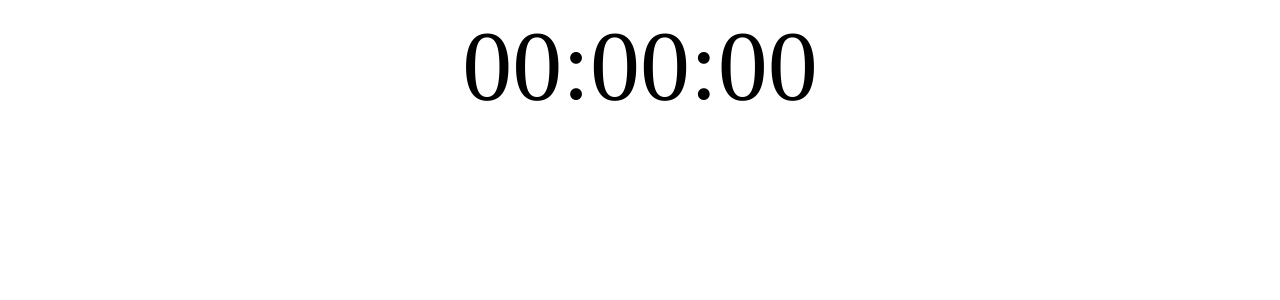
Repository: lipemorais/timer
Page: index.html
The author's editor kept a record of every edit. The page is drawn from the files as they stood at one moment, then again after the next edit.
The browser window is 1280 px wide. The pictures show the whole page.

Above is the page before.
Console error: TypeError: Cannot set properties of null (setting 'innerText')

After the next edit:
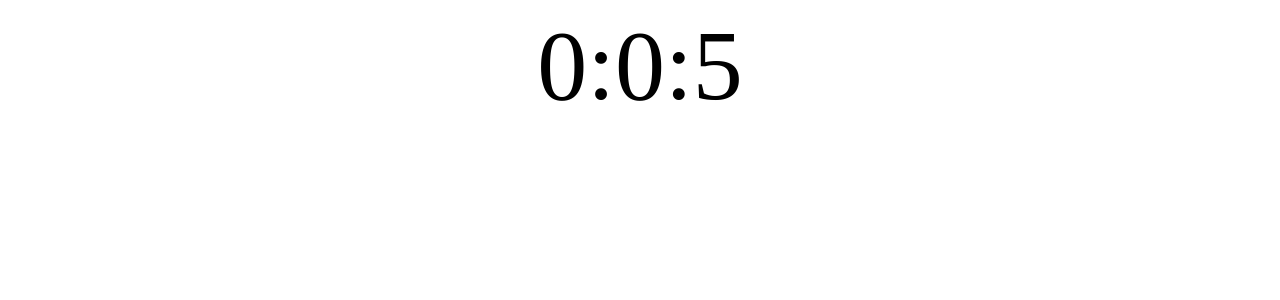
The error is gone.
The edit:
--- a/index.html
+++ b/index.html
@@ -6,7 +6,7 @@
     </head>
     <body>
         <div id="timer">
-           00:00:00
+           <span id="hours">00</span>:<span id="minutes">00</span>:<span id="seconds">00</span>
         </div>
     </body>
     <script type="text/javascript" src="js/app.js"></script>
